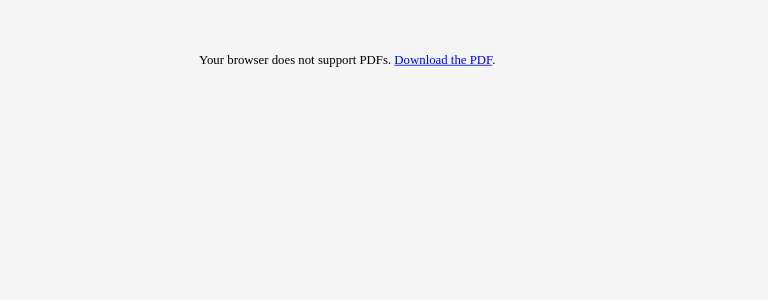
Repository: aaurdanet/Portfolio
Page: cv/resume_index.html
An editor plug-in stored every save of this project. The page is shown before and after the next save, followed by the edit.
The browser window is 768 px wide. The pictures show the whole page.

Above is the page before, as saved 2024-10-28 08:49:40.

### cv/resume_index.html
<!DOCTYPE html>
<html lang="en">
<head>
    <meta charset="UTF-8">
    <meta name="viewport" content="width=device-width, initial-scale=1.0">
    <meta name="description" content="Antonio Urdaneta's Resume">
    <title>Antonio Urdaneta's Resume</title>
    <style>
        html, body {
            height: 100%;
            margin: 0;
            background-color: #f5f5f5;
        }

        .pdf-container {
            width: 100%;
            height: 100vh;
            display: flex;
            justify-content: center;
            align-items: center;
        }

        #pdf-object {
            width: auto;
            height: 90vh;
            border: none;
            transform-origin: top left;
        }

        @media (max-width: 768px) {
            #pdf-object {
                transform: scale(0.8);
            }
        }
    </style>
</head>
<body>
    <div class="pdf-container">
        <div id="pdf-object">
            <object id="pdf" type="application/pdf" data="resume.pdf" width="100%" height="100%">
                <p>Your browser does not support PDFs. <a href="resume.pdf">Download the PDF</a>.</p>
            </object>
        </div>
    </div>

    <script>
        const pdfObject = document.getElementById('pdf-object');
        const pdf = document.getElementById('pdf');

        pdfObject.addEventListener('load', () => {
            const aspectRatio = pdf.naturalWidth / pdf.naturalHeight;
            const viewportHeight = pdfObject.offsetHeight;
            const viewportWidth = viewportHeight * aspectRatio;

            pdfObject.style.width = `${viewportWidth}px`;
        });
    </script>
</body>
</html>

After the next save:
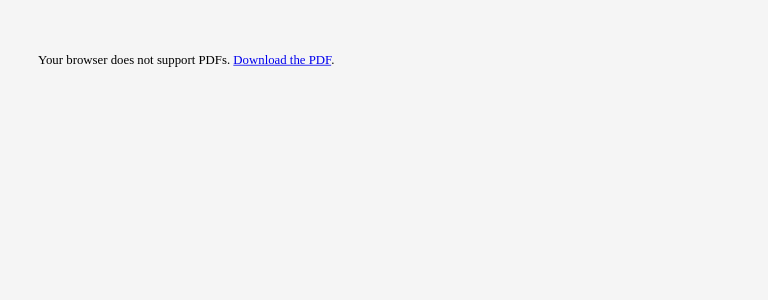
Saved 5 min 51 s later.
--- a/cv/resume_index.html
+++ b/cv/resume_index.html
@@ -18,11 +18,13 @@
             display: flex;
             justify-content: center;
             align-items: center;
+            padding: 0;
+            margin: 0;
         }
 
         #pdf-object {
-            width: auto;
-            height: 90vh;
+            width: 95vw;
+            height: 95vh;
             border: none;
             transform-origin: top left;
         }
@@ -30,6 +32,8 @@
         @media (max-width: 768px) {
             #pdf-object {
                 transform: scale(0.8);
+                width: 90vw;
+                height: 90vh;
             }
         }
     </style>
